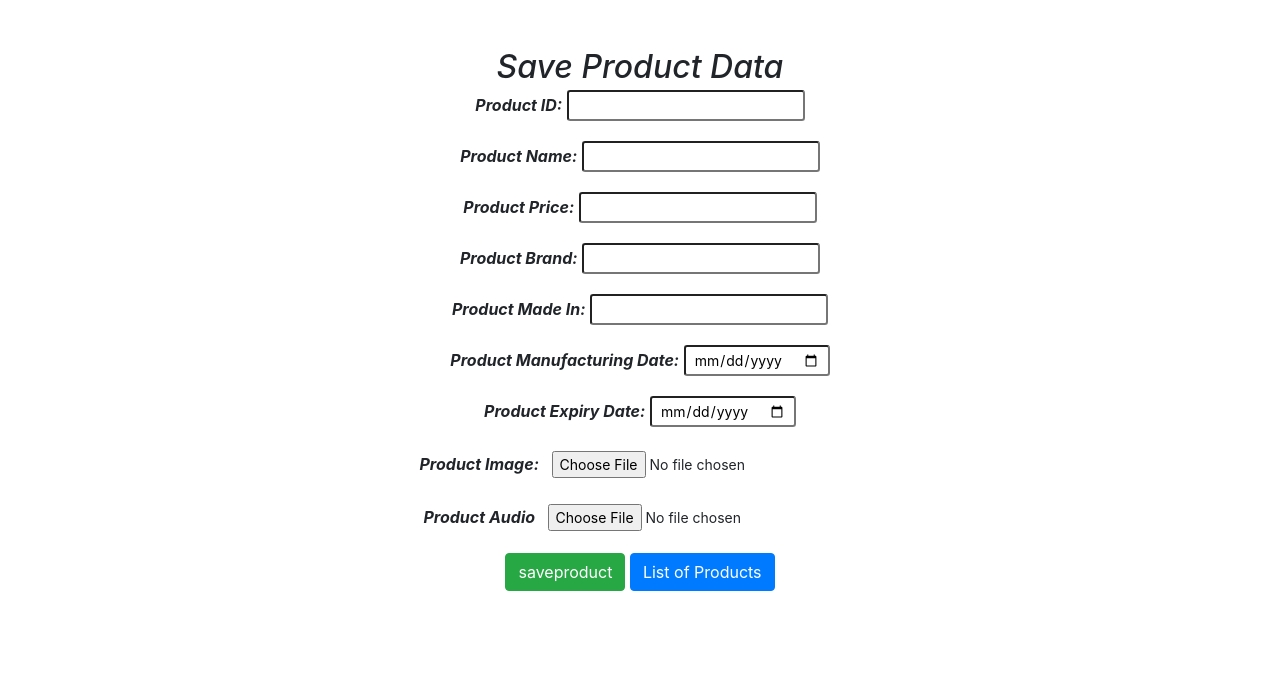
Repository: Mahesh-Konapala/Advanceprograms
Page: AddProductServlet/src/main/webapp/Addproduct.html
These files come from the project's save history. The page is drawn as it stood at one moment and after the next save; the edit follows.
The browser window is 1280 px wide. The pictures show the whole page.

Above is the page before, as saved 2024-03-09 07:27:57.

After the next save:
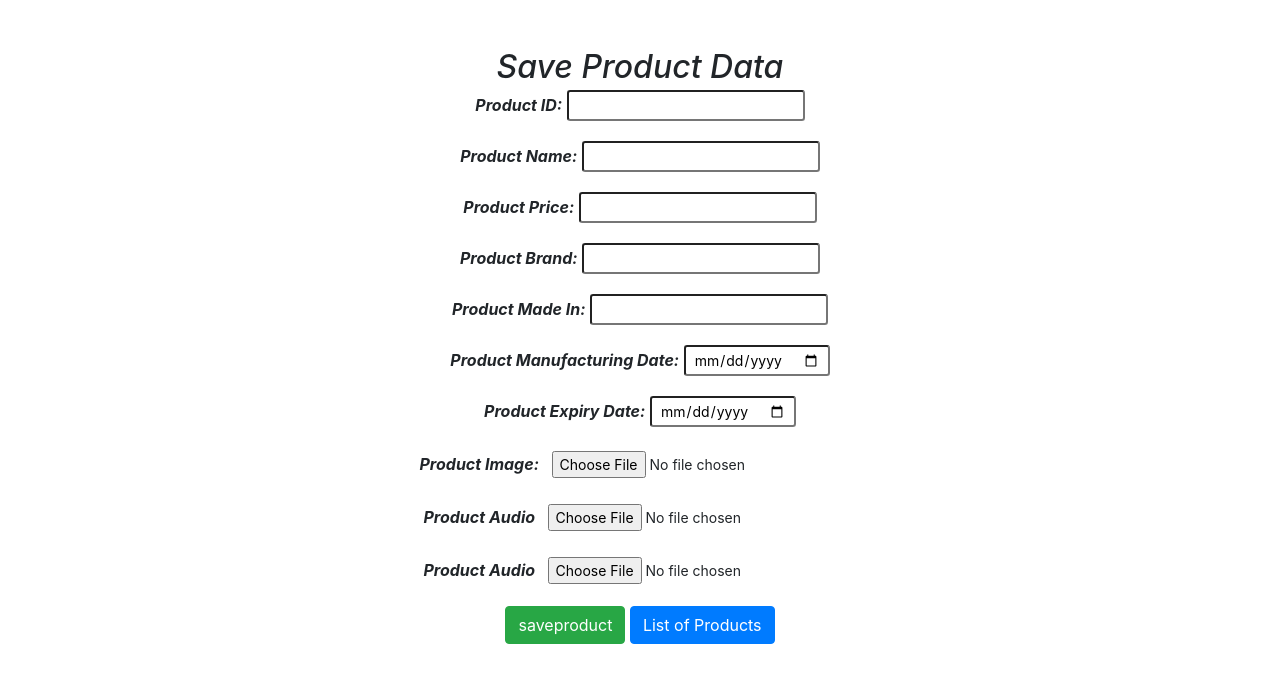
Saved 3 min 1 s later.
--- a/AddProductServlet/src/main/webapp/Addproduct.html
+++ b/AddProductServlet/src/main/webapp/Addproduct.html
@@ -55,6 +55,11 @@
           <input type="file" class="form-control-sm" id="proAudio" name="proAudio" accept="Audio/*" required >
           </div>
 
+          <div class="form-group">
+          <label class="font-italic font-weight-bold" for="proVideo">Product Audio </label>
+          <input type="file" class="form-control-sm" id="proVideo" name="proVideo" accept="Video/*" required >
+          </div>
+
           <div>
              <input type="submit" class="btn btn-success" value="saveproduct"/>
              <a href="Productlist.jsp" class="btn btn-primary">List of Products</a>
